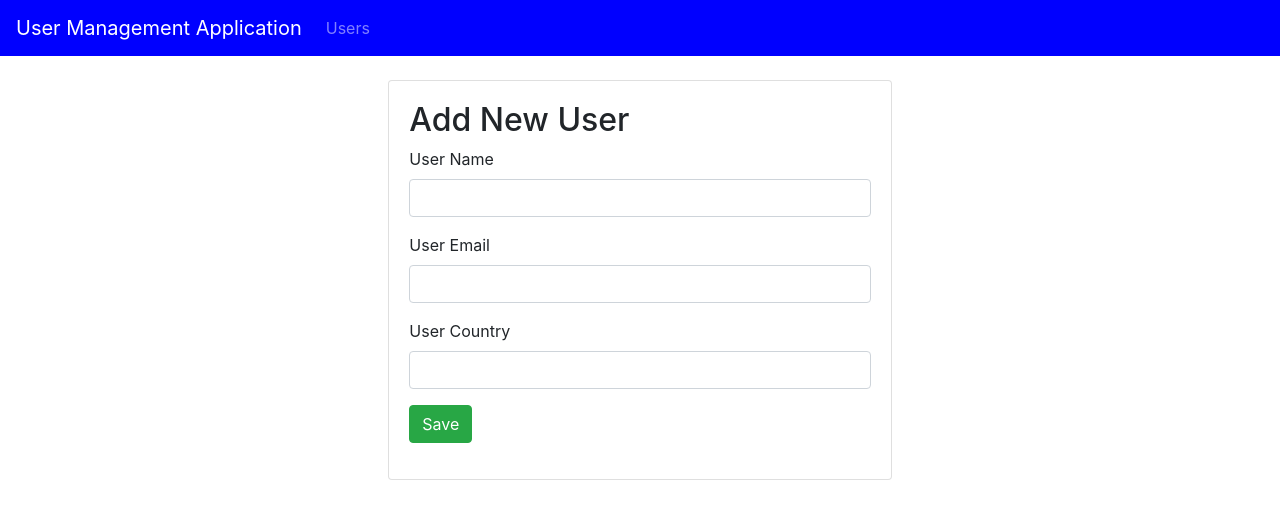
Repository: Annam-Pardha-Saradhi/Servlet-Projects
Page: http://localhost/UserManagement/user-form.jsp
The author's editor kept a copy of each file at every save. The page is drawn from the files as they stood at one save, then again after the next save.
The browser window is 1280 px wide. The pictures show the whole page.
The page is served by Tomcat 10.

Above is the page before, as saved 2024-09-10 15:06:50.

After the next save:
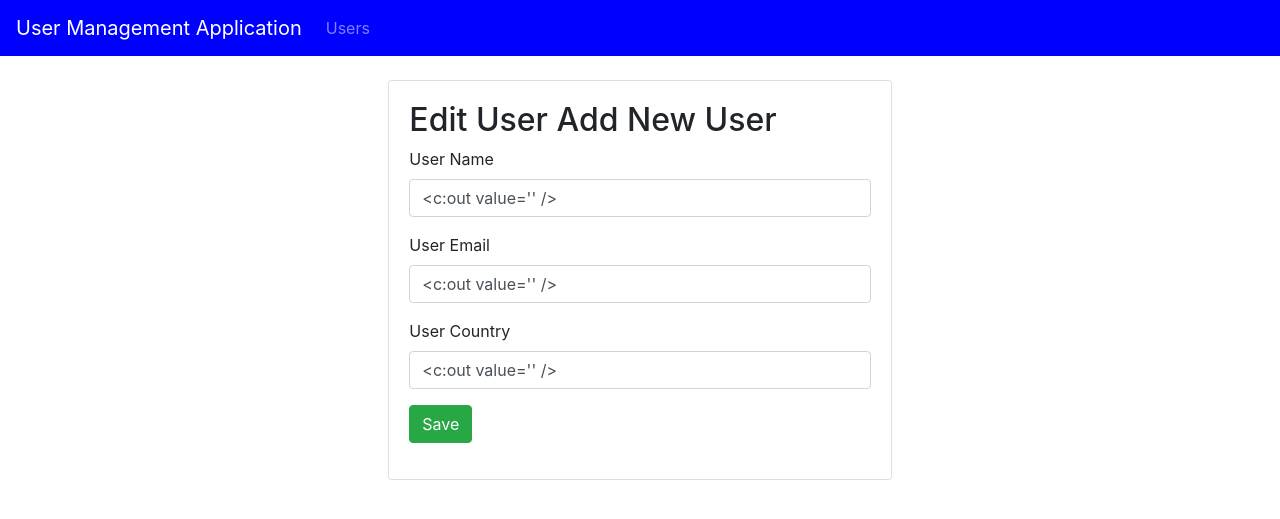
Saved 2 min 17 s later.
--- a/servlet_projects/UserManagement/src/main/webapp/user-form.jsp
+++ b/servlet_projects/UserManagement/src/main/webapp/user-form.jsp
@@ -1,9 +1,6 @@
-
-
-
 <%@ page language="java" contentType="text/html; charset=UTF-8"
 	pageEncoding="UTF-8"%>
-<%@ taglib uri="http://java.sun.com/jsp/jstl/core" prefix="c"%>
+	<%-- <%@ taglib uri="http://java.sun.com/jsp/jstl/core" prefix="c"%> --%>
 <html>
 <head>
 <title>User Management Application</title>
